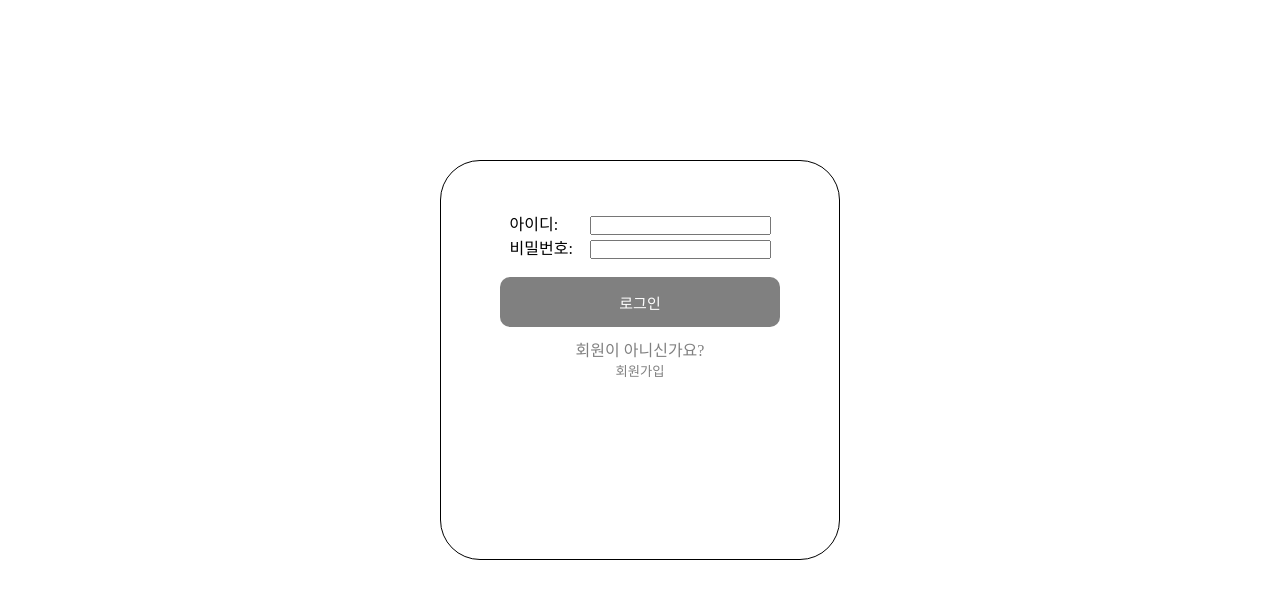
Repository: KGH1125/jsp_project
Page: http://localhost/jsp_project4/
An editor plug-in stored every save of this project. The page is shown before and after the next save, followed by the edit.
The browser window is 1280 px wide. The pictures show the whole page.
The page is served by Tomcat 9. Other server files are loaded and not shown.

Above is the page before, as saved 2023-05-30 01:53:16.

### jsp_project4/jsp_project4/src/main/webapp/main.jsp
<%@ page language="java" contentType="text/html; charset=UTF-8"
	pageEncoding="UTF-8"%>
<!DOCTYPE html>
<html>
<head>
<meta charset="UTF-8">
<title>Main</title>
<style type="text/css">
* {
	margin: 0;
	padding: 0;
	box-sizing: border-box;
}

.mainbox {
	width: 400px;
	height: 400px;
	border: 1px solid black;
	border-radius: 10%;
	left: 50%;
	top: 50%;
	position: absolute;
	transform: translate(-50%, -50%);
	text-align: center;
	padding: 50px;
}

.tspan {
	display: inline-block;
	width: 80px;
	text-align: left;
}

.loginbtn {
	width: 280px;
	height: 50px;
	color: white;
	background-color: gray;
	font-size: 15px;
	border: none;
	border-radius: 10px

}
.subbox{
padding:10px;
color: gray;
}
.joinbtn{
color: gray;
border: none;
background: none;

}
butten:hover {
	cursor: pointer;
}
</style>

</head>
<body>
	<div class="mainbox">
		<form>
			<span class="tspan">아이디:</span><input type="text" name="id"><br>
			<span class="tspan">비밀번호:</span><input type="password"
				name="password"><br> <br>
			<button class="loginbtn" type="submit">로그인</button>
			<div class="subbox">
				회원이 아니신가요?<br>
				<a><button class="joinbtn">회원가입</button></a>
			</div>
		</form>

	</div>

</body>
</html>

After the next save:
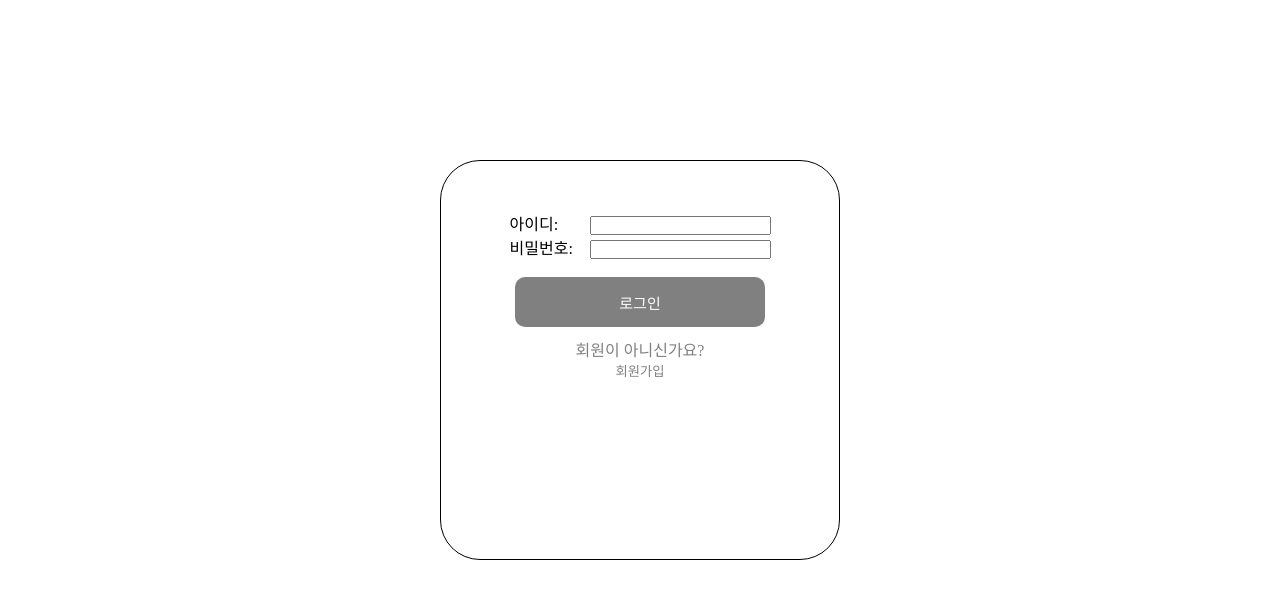
Saved 6 s later.
--- a/jsp_project4/jsp_project4/src/main/webapp/main.jsp
+++ b/jsp_project4/jsp_project4/src/main/webapp/main.jsp
@@ -32,7 +32,7 @@
 }
 
 .loginbtn {
-	width: 280px;
+	width: 250px;
 	height: 50px;
 	color: white;
 	background-color: gray;
